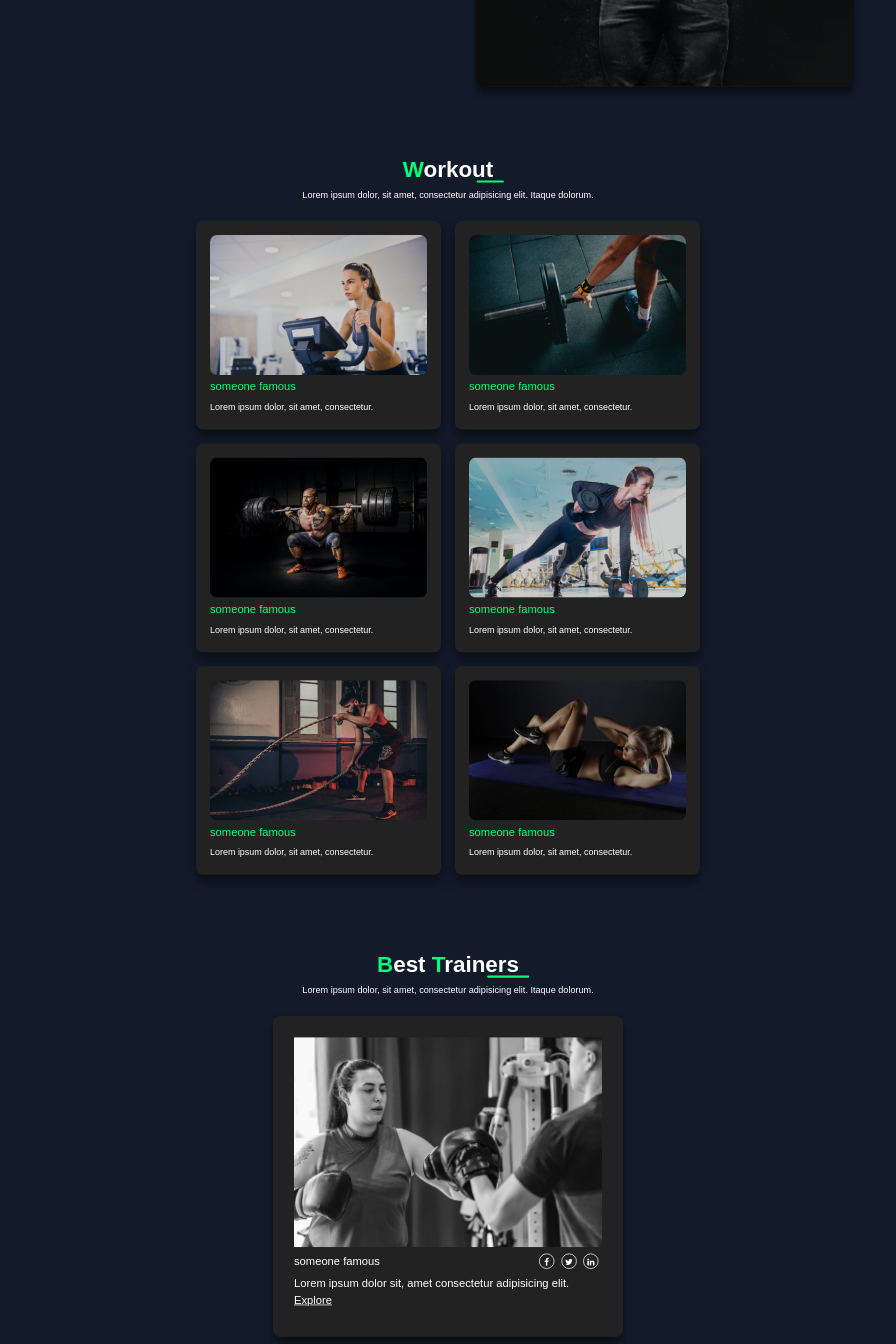
Repository: guilhermecardoso93/fitapex
Page: index.html
The author's editor kept a copy of each file at every save. The page is drawn from the files as they stood at one save, then again after the next save.
The browser window is 1280 px wide. The pictures show the part of the page from y = 1204 to 3124 px (the page is 3124 px tall), at 70% of full size.

Above is the page before, as saved 2023-03-07 21:00:56.

After the next save:
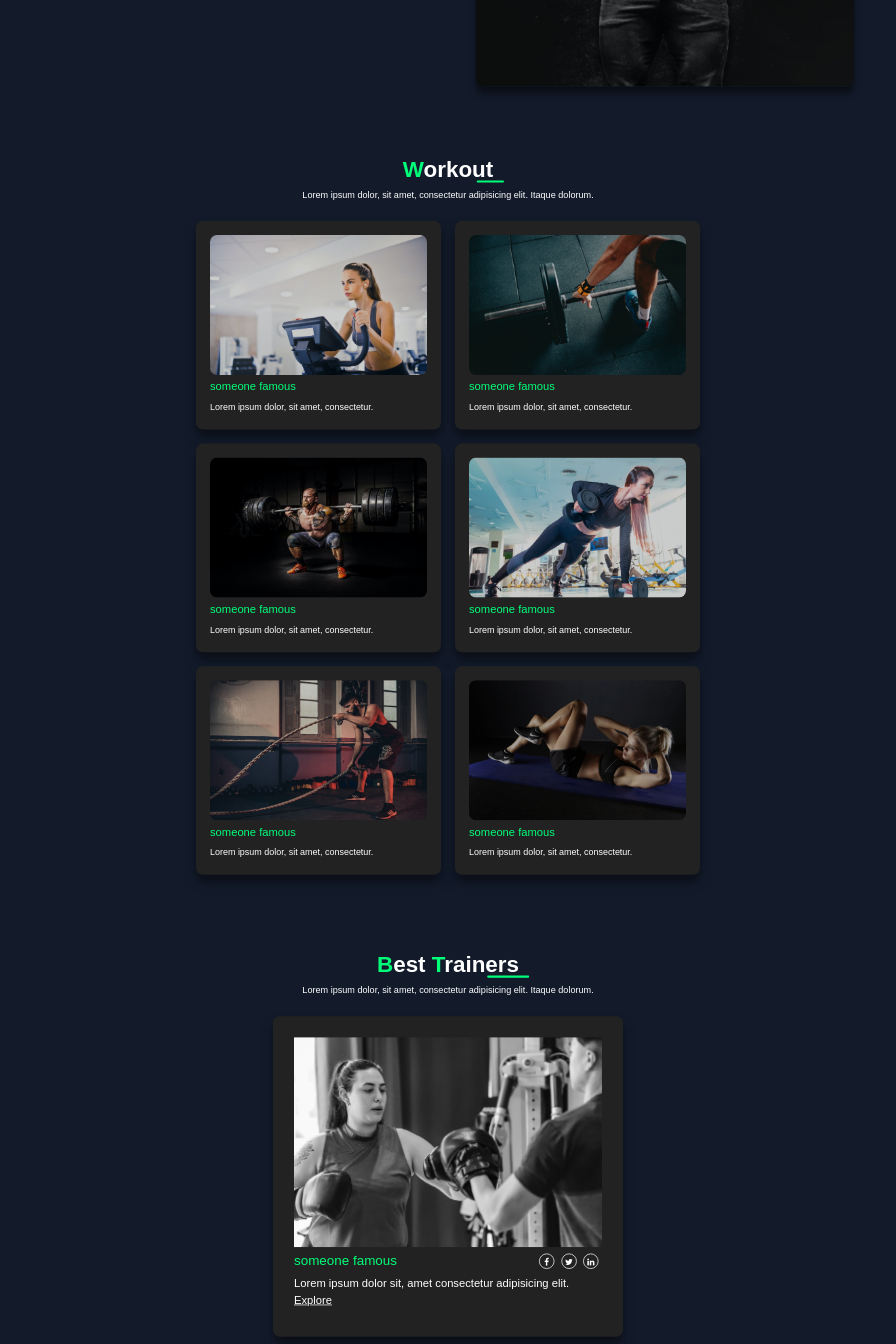
Saved 47 s later.
--- a/css/_trainers.css
+++ b/css/_trainers.css
@@ -56,3 +56,8 @@
   border: 1.5px solid var(--prime);
   background: var(--prime);
 }
+
+.trainers .content .frame .headline .title {
+  color: var(--prime);
+  font-size:1.2em;
+}
